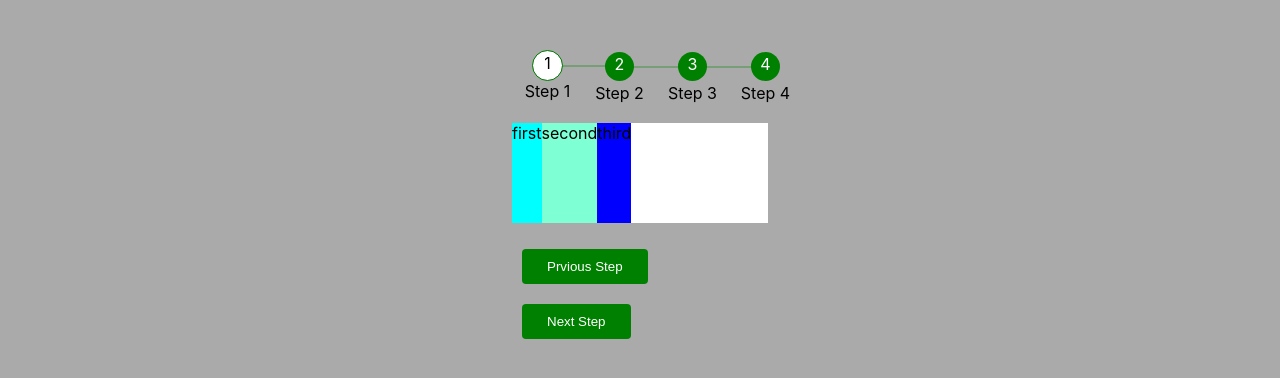
Repository: SD-Mdouka/project_step
Page: /
The author's editor kept a copy of each file at every save. The page is drawn from the files as they stood at one save, then again after the next save.
The browser window is 1280 px wide. The pictures show the whole page.
The project was rebuilt for these pictures with package versions that can differ from the ones it lists, and the page was loaded fresh each time.

Above is the page before, as saved 2022-09-05 14:39:09.

### src/index.js
import React from "react";
import ReactDOM from "react-dom/client";
import "./index.css";
import App from "./Steps";
// import { AppBar, Toolbar, Typography } from "@material-ui/core";

const root = ReactDOM.createRoot(document.getElementById("root"));
root.render(
  <React.StrictMode>
    {/* <AppBar>
      <Toolbar>
        <Typography varient="h6">React app</Typography>
      </Toolbar>
    </AppBar> */}
    <App />
  </React.StrictMode>
);

### src/index.css
body {
    background-color: #aaa;
    margin: 0;
    font-family: -apple-system, BlinkMacSystemFont, "Segoe UI", "Roboto", "Oxygen", "Ubuntu", "Cantarell", "Fira Sans", "Droid Sans", "Helvetica Neue", sans-serif;
    -webkit-font-smoothing: antialiased;
    -moz-osx-font-smoothing: grayscale;
}

code {
    font-family: source-code-pro, Menlo, Monaco, Consolas, "Courier New", monospace;
}

.App-Project {
    margin-top: 50px;
    margin-inline: 40% !important;
}

.cirecle {
    width: 29px;
    height: 29px;
    line-height: 25px;
    background-color: green;
    color: white;
    border-radius: 50%;
    -webkit-border-radius: 50%;
    -moz-border-radius: 50%;
    -ms-border-radius: 50%;
    -o-border-radius: 50%;
    border: 2px solid transparent;
    text-align: center;
    cursor: pointer;
    background-clip: padding-box;
    -webkit-background-clip: padding-box;
}

.stepsWrapp {
    display: flex;
    margin-bottom: 20px;
    text-align: center;
}

.stepeBlock .circleWrapper {
    padding: 0px 20px;
    position: relative;
}

.selected .cirecle {
    color: black;
    background-color: white;
    border: 1px solid green;
}

.stepeBlock:not(:last-child)>.circleWrapper::after {
    content: "";
    width: 100%;
    height: 2px;
    position: absolute;
    top: 0px;
    bottom: 0px;
    background-color: green;
    margin: auto;
    z-index: -1;
}

.stepeBlock:not(:last-child)>.circleWrapper::after {
    height: 3px;
    opacity: 1;
}

.stepeBlock:not(:last-child).selected>.circleWrapper::after,
.stepeBlock:not(:last-child).selected~.stepeBlock:not(:last-child)>.circleWrapper::after {
    height: 2px;
    opacity: 0.3;
}

.pages {
    margin: 0 40%;
}

.primaryBtn {
    padding: 10px 25px;
    background-color: green;
    border: none;
    margin: 10px;
    color: white;
    border-radius: 4px;
    -webkit-border-radius: 4px;
    -moz-border-radius: 4px;
    -ms-border-radius: 4px;
    -o-border-radius: 4px;
    cursor: pointer;
}

.content {
    width: 100%;
    max-width: 960px;
    margin: auto;
}

.flex-container {
    background: #fff;
    display: flex;
}

.item {
    height: 100px;
    max-height: 120px;
    float: left;
}

.first {
    background-color: aqua;
}

.second {
    background-color: aquamarine;
}

.third {
    background-color: blue;
}

### src/Steps/index.js
import Step from "./Step";
import PageFlex from "./pageFlex";
import React, { useState } from "react";

function App() {
  const labelArray = ["Step 1", "Step 2", "Step 3", "Step 4"];
  const [currentSteps, setCurrentSteps] = useState(1);
  function updateStep(step) {
    setCurrentSteps(step);
  }
  return (
    <div className="App-Project">
      <Step
        labelArray={labelArray}
        currentSteps={currentSteps}
        updateStep={updateStep}
      ></Step>
      <p className="flex-container">
        {" "}
        <PageFlex />
      </p>
      <div>
        <button
          className="primaryBtn"
          onClick={() => updateStep(currentSteps - 1)}
        >
          Prvious Step
        </button>
        <button
          className="primaryBtn"
          onClick={() => updateStep(currentSteps + 1)}
        >
          Next Step
        </button>
      </div>
    </div>
  );
}

export default App;

### src/Steps/Step/index.js
import React, { useState } from "react";
import NavStep from "./NavStep";

const Step = (props) => {
  return (
    <div className="stepsWrapp">
      {props.labelArray.map((item, index) => (
        <NavStep
          key={index}
          index={index}
          label={item}
          updateStep={props.updateStep}
          selected={props.currentSteps === index + 1}
        ></NavStep>
      ))}
    </div>
  );
};
export default Step;

### src/Steps/pageFlex.js
import React from "react";

const PageFlex = () => {
  return (
    <div className="content">
      <div className="item first">first</div>
      <div className="item second">second</div>
      <div className="item third">third</div>
    </div>
  );
};

export default PageFlex;

### src/Steps/Step/NavStep/index.js
import React from "react";

const NavStep = (props) => {
  return (
    <div className={"stepeBlock" + (props.selected ? " selected" : "")}>
      <div
        className="circleWrapper"
        onClick={() => props.updateStep(props.index + 1)}
      >
        <div className="cirecle">{props.index + 1}</div>
      </div>
      <span>{props.label}</span>
    </div>
  );
};
export default NavStep;

Loaded but not shown: public/index.html (common file)

After the next save:
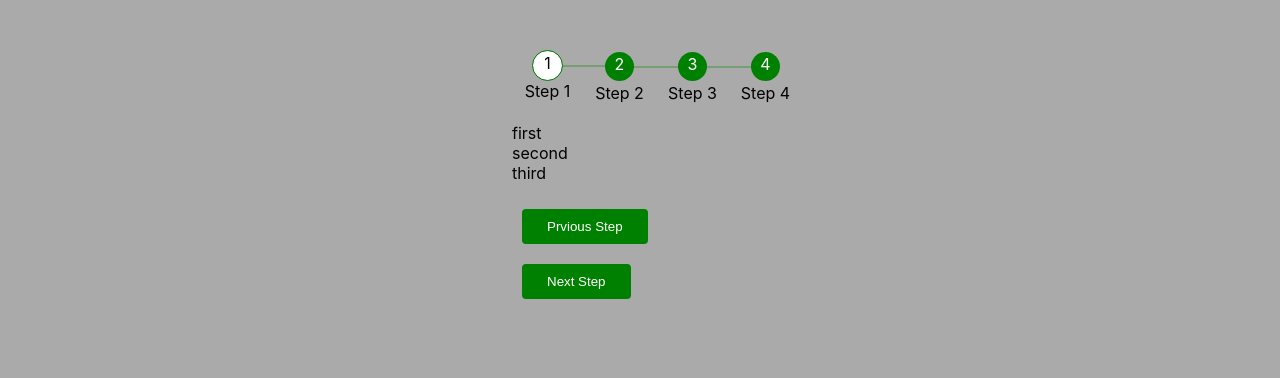
Saved 41 min 33 s later.
--- a/src/index.css
+++ b/src/index.css
@@ -90,32 +90,3 @@ code {
     -o-border-radius: 4px;
     cursor: pointer;
 }
-
-.content {
-    width: 100%;
-    max-width: 960px;
-    margin: auto;
-}
-
-.flex-container {
-    background: #fff;
-    display: flex;
-}
-
-.item {
-    height: 100px;
-    max-height: 120px;
-    float: left;
-}
-
-.first {
-    background-color: aqua;
-}
-
-.second {
-    background-color: aquamarine;
-}
-
-.third {
-    background-color: blue;
-}
